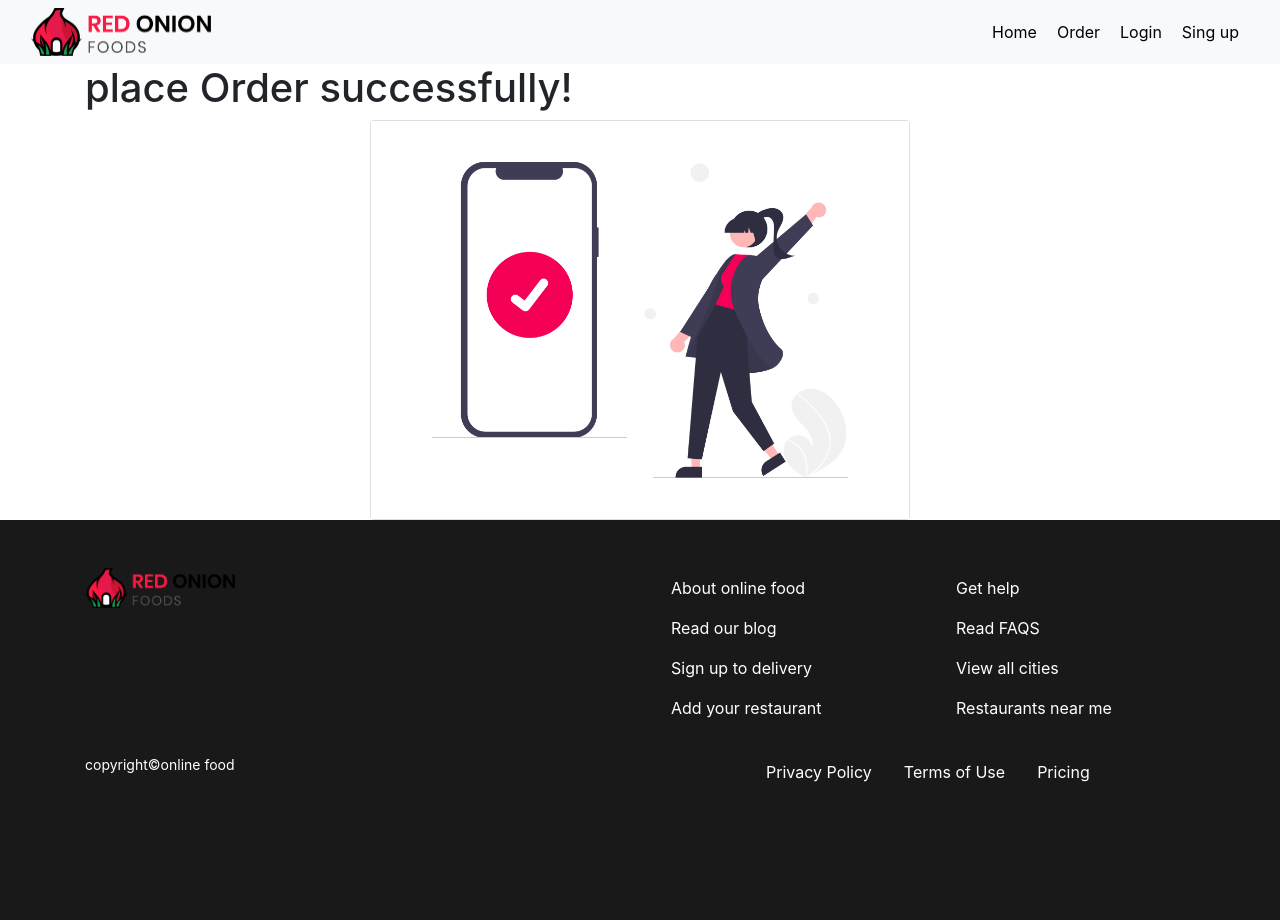
Repository: arif286/red-onion-client
Page: /order
These files come from the project's save history. The page is drawn as it stood at one moment and after the next save; the edit follows.
The browser window is 1280 px wide. The pictures show the whole page.
The page's requests for data from a server got no answer. The project was rebuilt for these pictures with package versions that can differ from the ones it lists, and the page was loaded fresh each time. Some packages were replaced by stand-ins written for this rebuild. No one was signed in, and anything a server would have sent is missing. Also part of the build but not shown: src/App.css, src/components/CheckOut/CheckOut.css, src/components/CheckOut/CheckOutForm/CheckOutFrom.js, src/components/CheckOut/CheckOut.js, src/components/SearchBar/SearchBar.css, src/components/SearchBar/SearchBar.js, src/components/FoodDetails/FoodDetail.css, src/components/FoodDetails/FoodDetail.js and 12 more. Imported but missing from the stored project, and not drawn on this page: src/components/CheckOut/Map/Map.

Above is the page before, as saved 2021-04-06 03:10:54.

### public/index.html
<!DOCTYPE html>
<html lang="en">
  <head>
    <meta charset="utf-8" />
    <link rel="icon" href="%PUBLIC_URL%/favicon.ico" />
    <meta name="viewport" content="width=device-width, initial-scale=1" />
    <meta name="theme-color" content="#000000" />
    <meta
      name="description"
      content="Web site created using create-react-app"
    />
    <link rel="apple-touch-icon" href="%PUBLIC_URL%/logo192.png" />
    <!--
      manifest.json provides metadata used when your web app is installed on a
      user's mobile device or desktop. See https://developers.google.com/web/fundamentals/web-app-manifest/
    -->
    <link rel="manifest" href="%PUBLIC_URL%/manifest.json" />

    <!-- <link
      href="https://api.tiles.mapbox.com/mapbox-gl-js/v2.1.1/mapbox-gl.css"
      rel="stylesheet"
    /> -->
    <!--
      Notice the use of %PUBLIC_URL% in the tags above.
      It will be replaced with the URL of the `public` folder during the build.
      Only files inside the `public` folder can be referenced from the HTML.

      Unlike "/favicon.ico" or "favicon.ico", "%PUBLIC_URL%/favicon.ico" will
      work correctly both with client-side routing and a non-root public URL.
      Learn how to configure a non-root public URL by running `npm run build`.
    -->
    <title>Red Onion</title>
  </head>
  <body>
    <noscript>You need to enable JavaScript to run this app.</noscript>
    <div id="root"></div>
    <!--
      This HTML file is a template.
      If you open it directly in the browser, you will see an empty page.

      You can add webfonts, meta tags, or analytics to this file.
      The build step will place the bundled scripts into the <body> tag.

      To begin the development, run `npm start` or `yarn start`.
      To create a production bundle, use `npm run build` or `yarn build`.
    -->
  </body>
</html>

### src/App.js
import "bootstrap/dist/css/bootstrap.min.css";
import React, { createContext, useState } from "react";
import { BrowserRouter as Router, Route, Switch } from "react-router-dom";
import './App.css';
import CheckOut from "./components/CheckOut/CheckOut";
import Map from "./components/CheckOut/Map/Map";
import FoodDetail from "./components/FoodDetails/FoodDetail";
import Footer from "./components/Footer/Footer";
import Header from "./components/Header/Header";
import Home from './components/Home/Home';
import Login from "./components/LogIn/Login";
import Order from "./components/Order/Order";
import SingUp from "./components/SingUp/SingUp";


export const UserContext = createContext();
function App() {
  const [loggedInUser, setLoggedInUser] = useState({});
  return (
    <UserContext.Provider value={[loggedInUser, setLoggedInUser]}>
      <Router>
        <Header />
        <Switch>
          <Route path="/home">
            <Home />
          </Route>
          <Route path="/signUp">
            <SingUp />
          </Route>
          <Route path="/login">
            <Login />
          </Route>
          <Route path="/food/details/:foodId">
            <FoodDetail />
          </Route>
          <Route path='/checkOut'>
            <CheckOut/>
          </Route>
          <Route path='/order'>
            <Order/>
          </Route>
          <Route path='/map'>
            <Map/>
          </Route>
          <Route exact path="/">
            <Home/>
          </Route>
        </Switch>
        <Footer />
      </Router>
    </UserContext.Provider>
  );

}

export default App;

### src/components/Footer/Footer.js
import React from 'react';
import { NavLink } from 'react-bootstrap';
import Logo from '../../onion-restaurent/logo2.png';
import './Footer.css';

const Footer = () => {
    return (
      <footer>
        <div className="container">
          <div className="row pt-5">
            <div className="col-md-6 col-sm-12 pb-4">
              <img className="footer-img" src={Logo} alt="" />
            </div>
            <div className="col-md-3 col-sm-12 pb-4">
              <ul className="nav flex-column">
                <li className="nav-item">
                  <NavLink
                    className="nav-link active footer-link"
                    aria-current="page"
                    to="/"
                  >
                    About online food
                  </NavLink>
                </li>
                <li className="nav-item">
                  <NavLink className="nav-link footer-link" to="/">
                    Read our blog
                  </NavLink>
                </li>
                <li className="nav-item">
                  <NavLink className="nav-link footer-link" to="/">
                    Sign up to delivery
                  </NavLink>
                </li>
                <li className="nav-item">
                  <NavLink className="nav-link footer-link" to="/">
                    Add your restaurant
                  </NavLink>
                </li>
              </ul>
            </div>
            <div className="col-md-3 col-sm-12 pb-4">
              <ul className="nav flex-column">
                <li className="nav-item">
                  <NavLink
                    className="nav-link footer-link"
                    aria-current="page"
                    to="/"
                  >
                    Get help
                  </NavLink>
                </li>
                <li className="nav-item">
                  <NavLink className="nav-link footer-link" to="/">
                    Read FAQS
                  </NavLink>
                </li>
                <li className="nav-item">
                  <NavLink className="nav-link footer-link" to="/">
                    View all cities
                  </NavLink>
                </li>
                <li className="nav-item">
                  <NavLink className="nav-link footer-link" to="/">
                    Restaurants near me
                  </NavLink>
                </li>
              </ul>
            </div>
          </div>

          <div className="row">
            <div className="col-md-7">
              <p className='copy-right'>
                <small>
                  copyright<span>&#169;</span>online food
                </small>
              </p>
            </div>
            <div className="col-md-5">
              <div className='d-flex'>
                <NavLink className="footer-link">Privacy Policy</NavLink>
                <NavLink className="footer-link">Terms of Use</NavLink>
                <NavLink className="footer-link">Pricing</NavLink>
              </div>
            </div>
          </div>
        </div>
      </footer>
    );
};

export default Footer;

### src/components/Header/Header.js
import { faShoppingCart } from "@fortawesome/free-solid-svg-icons";
import { FontAwesomeIcon } from "@fortawesome/react-fontawesome";
import React from 'react';
import { NavLink } from "react-router-dom";
import logo from '../../onion-restaurent/logo2.png';
import './Header.css';
const cart = <FontAwesomeIcon icon={faShoppingCart} />;
const Header = () => {
    const header = {
        logo : {width: '180px'}
    }
    return (
      <div>
        <nav className="navbar navbar-expand-lg navbar-light bg-light">
          <div className="container-fluid">
            <div>
              <img style={header.logo} src={logo} alt="" />
            </div>
            <button
              className="navbar-toggler"
              type="button"
              data-bs-toggle="collapse"
              data-bs-target="#navbarNav"
              aria-controls="navbarNav"
              aria-expanded="false"
              aria-label="Toggle navigation"
            >
              <span className="navbar-toggler-icon"></span>
            </button>
            <div
              className="collapse  navbar-collapse justify-content-end"
              id="navbarNav"
            >
              <ul className="navbar-nav align-items-center">
                <li className="nav-item">
                  <NavLink className="header-link" to="/">
                    Home
                  </NavLink>
                </li>
                <li className="nav-item">
                  <NavLink className="header-link" to="/order">
                    Order
                  </NavLink>
                </li>
                <li className="nav-item">
                  <NavLink className="header-link" to="/login">
                    Login
                  </NavLink>
                </li>
                <li className="nav-item">
                  <NavLink className="header-link" to="/signUp">
                    Sing up
                  </NavLink>
                </li>
              </ul>
            </div>
          </div>
        </nav>
      </div>
    );
};

export default Header;

### src/components/Order/Order.js
import axios from "axios";
import React, { useContext, useEffect, useState } from "react";
import { Card, Col, Container, Row } from "react-bootstrap";
import { UserContext } from "../../App";
// import delivery from "../../onion-restaurent/Image/Group 1151.png";
import confirmOrder from '../../onion-restaurent/Image/confirmOrder.png';

const Order = () => {
  const [order, setOrder] = useState([]);
  const [loggedInUser, setLoggedInUser] = useContext(UserContext);

  useEffect(() => {
    axios.get(`http://localhost:5000/orderDetails?email=${loggedInUser.email}`)
      .then(res => {
        console.log(res.data)
        setOrder(res.data)
      })
      .catch(err => console.log(err));
  }, [loggedInUser.email]);
  return (
    <Container>
      <h1>place Order successfully!</h1>
      <Row className='justify-content-center'>
        <Col md={6}>
          <Card>
            <img src={confirmOrder} alt="" />
          </Card>
        </Col>
      </Row>
    </Container>
  );
};

export default Order;

### src/components/Footer/Footer.css
.footer-img {
  width: 150px;
}
footer {
  background-color: #191919;
  height: 400px;
}
.footer-link {
  color: white;
}
.footer-link:hover {
  color: #878787;
}
.copy-right {
  color: white;
}

### src/components/Header/Header.css
.header-link {
  color: black;
  display: inline-block;
  padding: 10px;
}
.header-link:hover {
  text-decoration: none;
  color: #777777;
}
.cart-btn {
  border: none;
  background: none;
}

Loaded but not shown: src/index.js (common file); src/index.css (common file); src/reportWebVitals.js (common file)

After the next save:
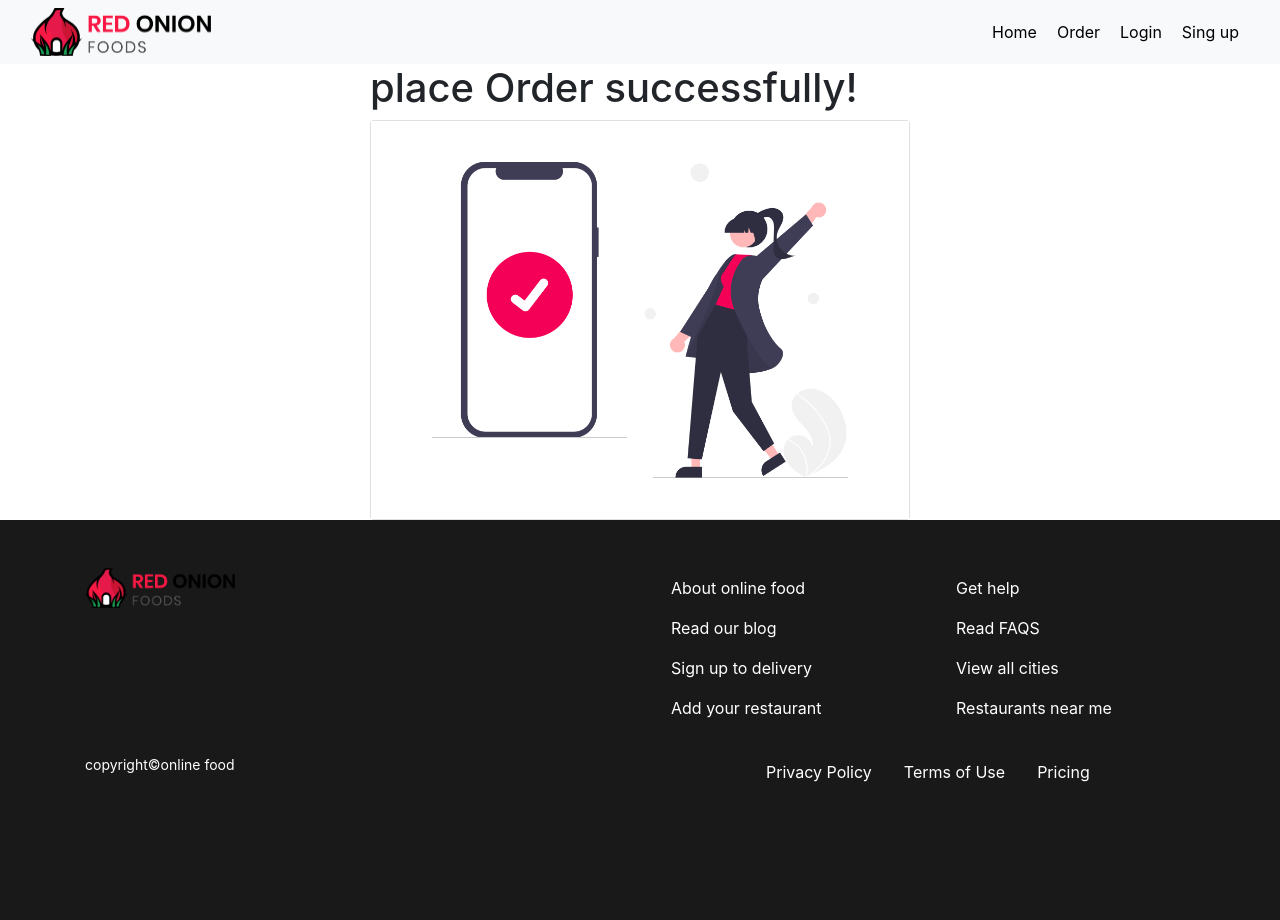
Saved 55 s later.
--- a/src/components/Order/Order.js
+++ b/src/components/Order/Order.js
@@ -19,9 +19,9 @@ const Order = () => {
   }, [loggedInUser.email]);
   return (
     <Container>
-      <h1>place Order successfully!</h1>
-      <Row className='justify-content-center'>
+      <Row className="justify-content-center">
         <Col md={6}>
+          <h1>place Order successfully!</h1>
           <Card>
             <img src={confirmOrder} alt="" />
           </Card>
